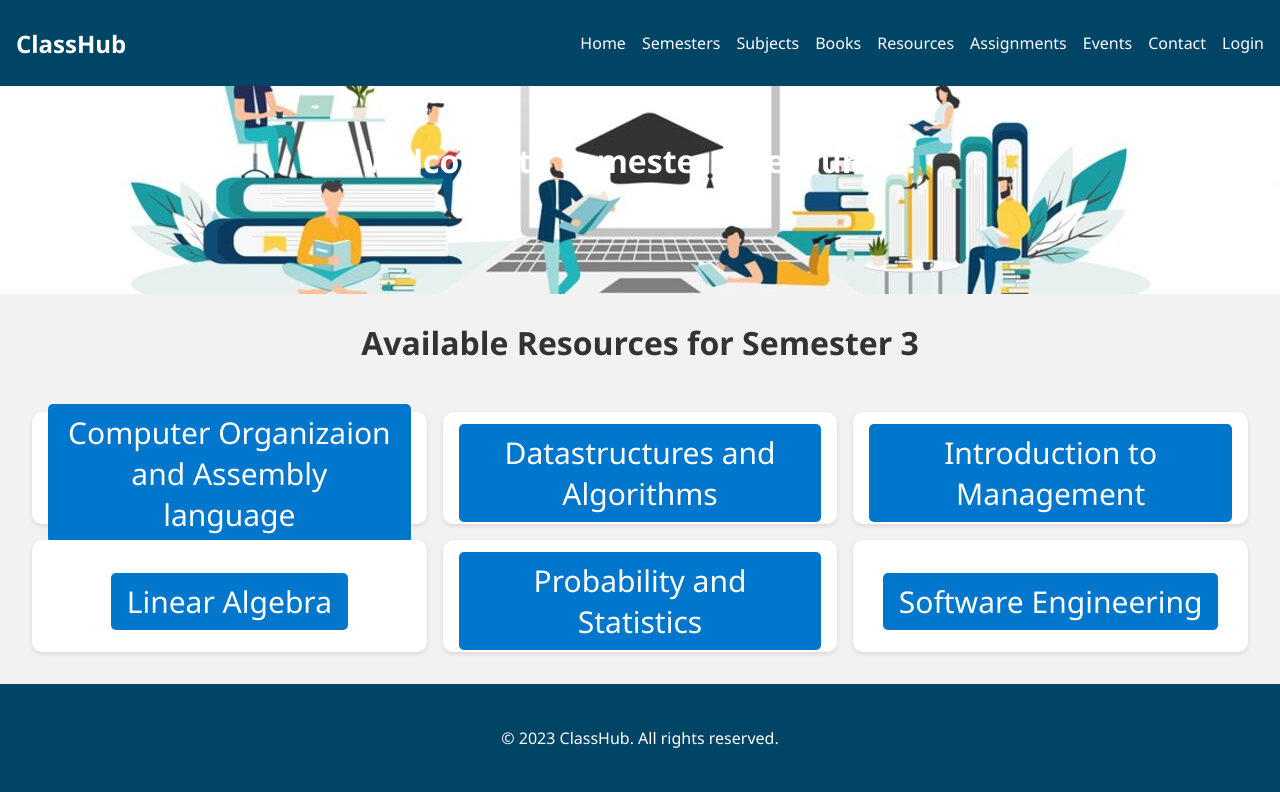
Repository: MariamSawera/eduNova
Page: semester3.html
These files come from the project's save history. The page is drawn as it stood at one moment and after the next save; the edit follows.
The browser window is 1280 px wide. The pictures show the whole page.

Above is the page before, as saved 2025-07-24 00:59:15.

After the next save:
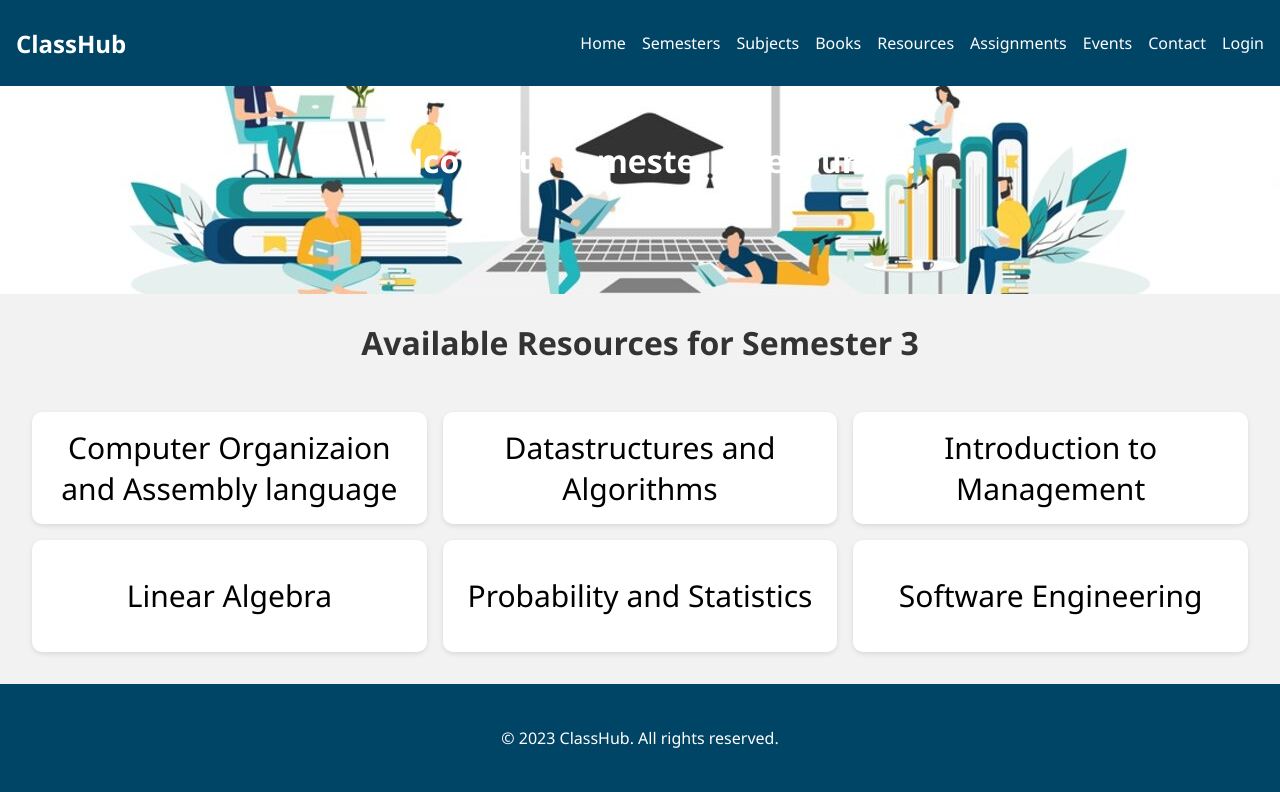
Saved 9 s later.
--- a/semester3.html
+++ b/semester3.html
@@ -29,7 +29,7 @@
 
     <!-- Resources Section -->
     <h2 class="heading">Available Resources for Semester 3</h2>
-    <div class="resources quick-links"   >
+    <div class=" quick-links"   >
         <div class="link-card" style="color: black;"><a href="https://drive.google.com/drive/folders/1R_fDS8cZ797mzJoUNALK5CmCeSzFLNEz?usp=drive_link" target="_blank">Computer Organizaion and Assembly language</a></div>
         <div class="link-card" style="color: black;"><a href="https://drive.google.com/drive/folders/1Ro3ENy9ZwMpLgqLNJOYTt3xgJg7P9AX3?usp=drive_link" target="_blank">Datastructures and Algorithms </a></div>
         <div class="link-card" style="color: black;"><a href="https://drive.google.com/drive/folders/1RUoVfc7yJGG9y0GH6Rf8NaVFJcMZH0cU?usp=drive_link" target="_blank">Introduction to Management</a></div>
